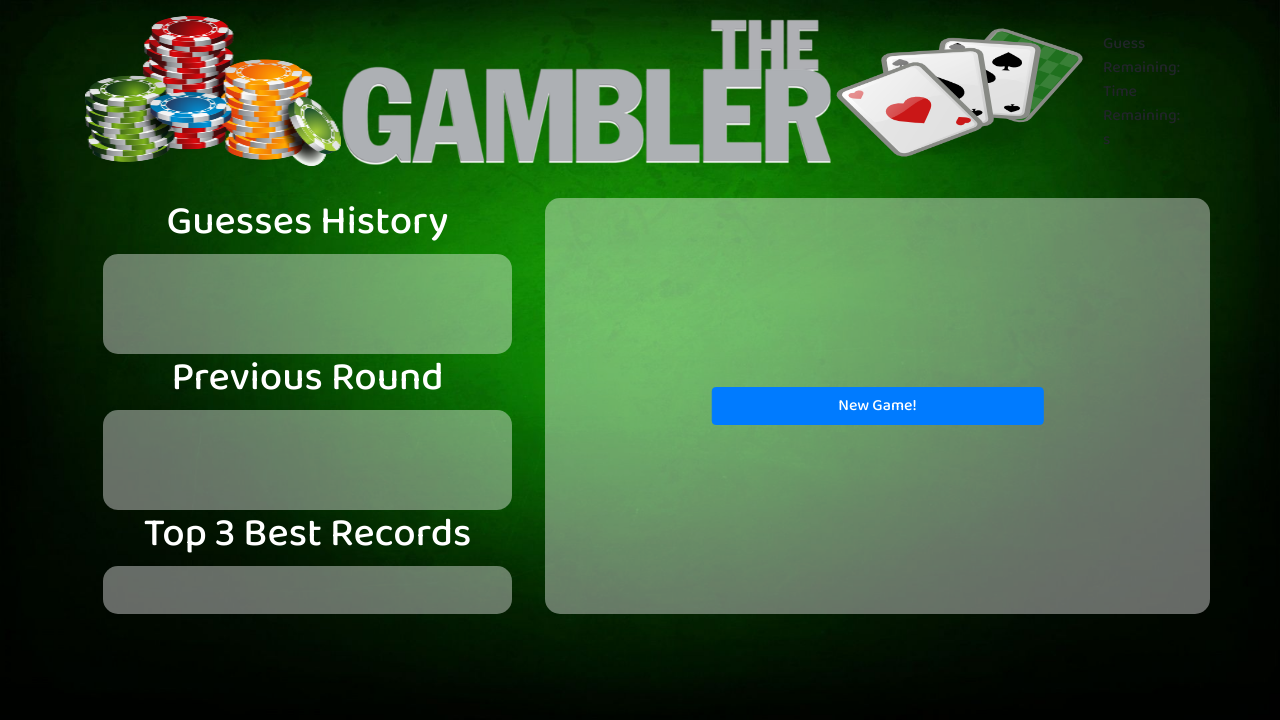
Repository: tts2610/TheCheapShootingGame
Page: index.html
The author's editor kept a copy of each file at every save. The page is drawn from the files as they stood at one save, then again after the next save.
The browser window is 1280 px wide. The pictures show the whole page.

Above is the page before, as saved 2020-05-15 12:18:06.

After the next save:
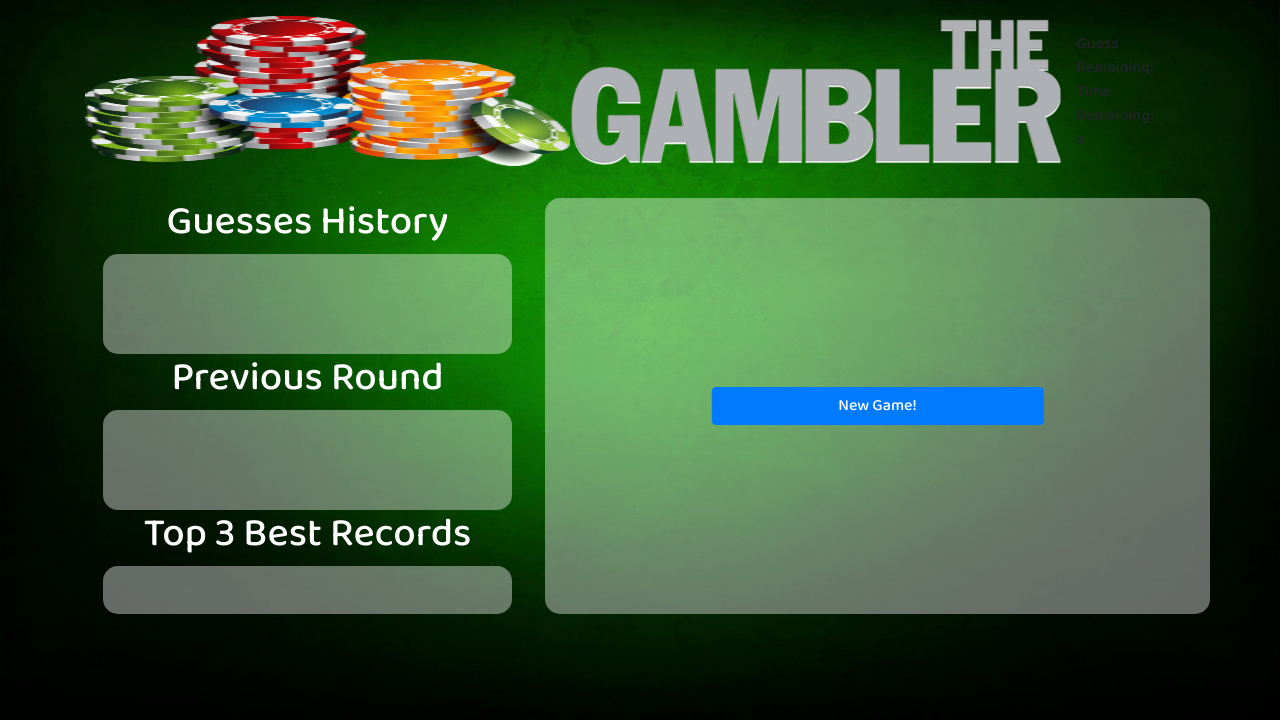
Saved 4 s later.
--- a/index.html
+++ b/index.html
@@ -31,7 +31,7 @@
         <div class="img-container">
             <img class="center mb-3" src="img/chips.png" width="auto" height="150">
             <img class="center mb-3" src="img/gambler.png" width="auto" height="150">
-            <img class="center mb-3" src="img/cards.png" width="auto" height="150">
+            <!-- <img class="center mb-3" src="img/cards.png" width="auto" height="150"> -->
             <div class="result my-3" style="width: auto; height: 150px;">
                 <div class="col">Guess Remaining:
                     <span id="guessRemaining"></span>
